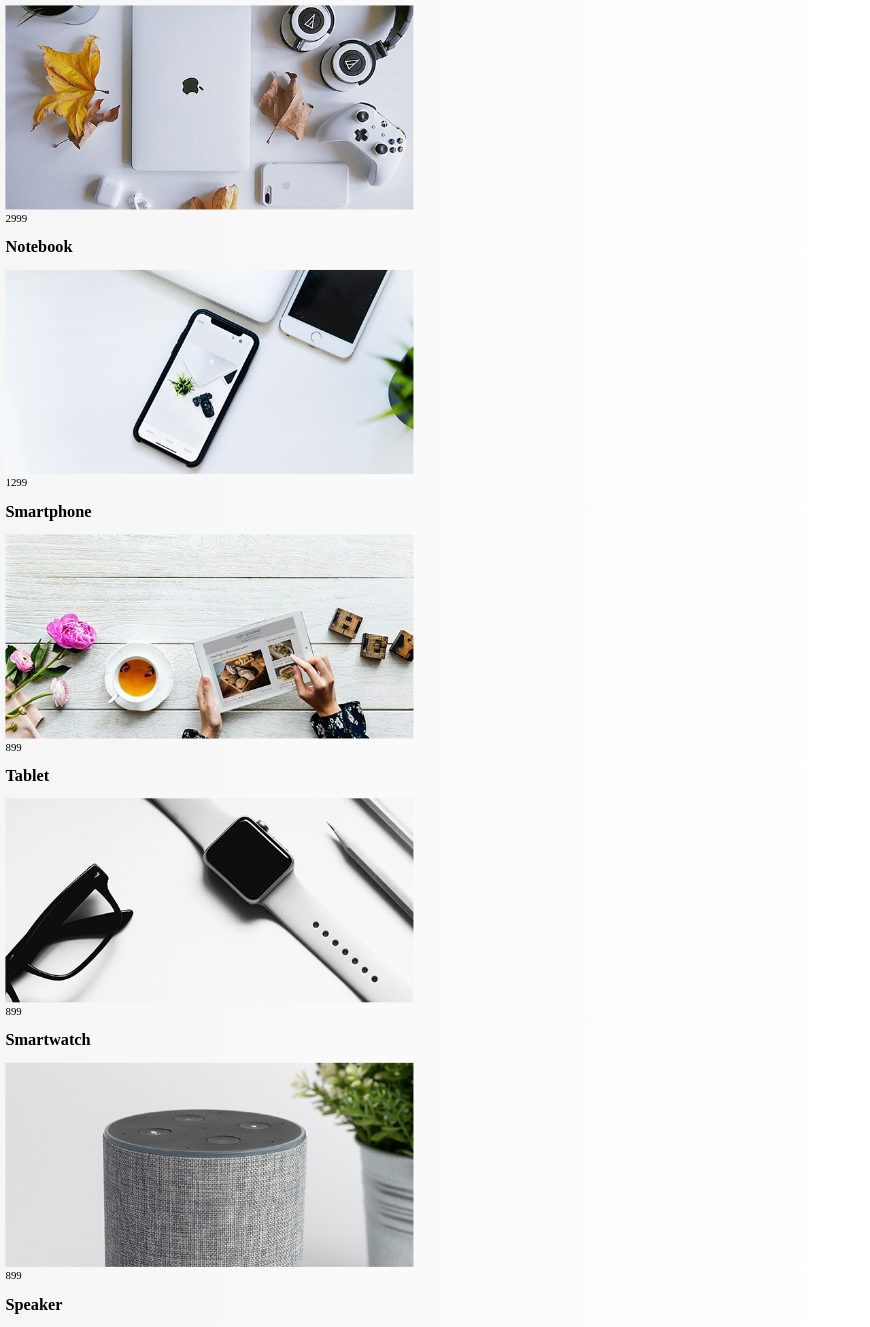
Repository: tomvieir/techno
Page: index.html
An editor plug-in stored every save of this project. The page is shown before and after a run of saves, followed by the edit.
The browser window is 1280 px wide. The pictures show the whole page, at 68% of full size.

Above is the page before, as saved 2022-06-23 15:23:21.

After the next 2 saves:
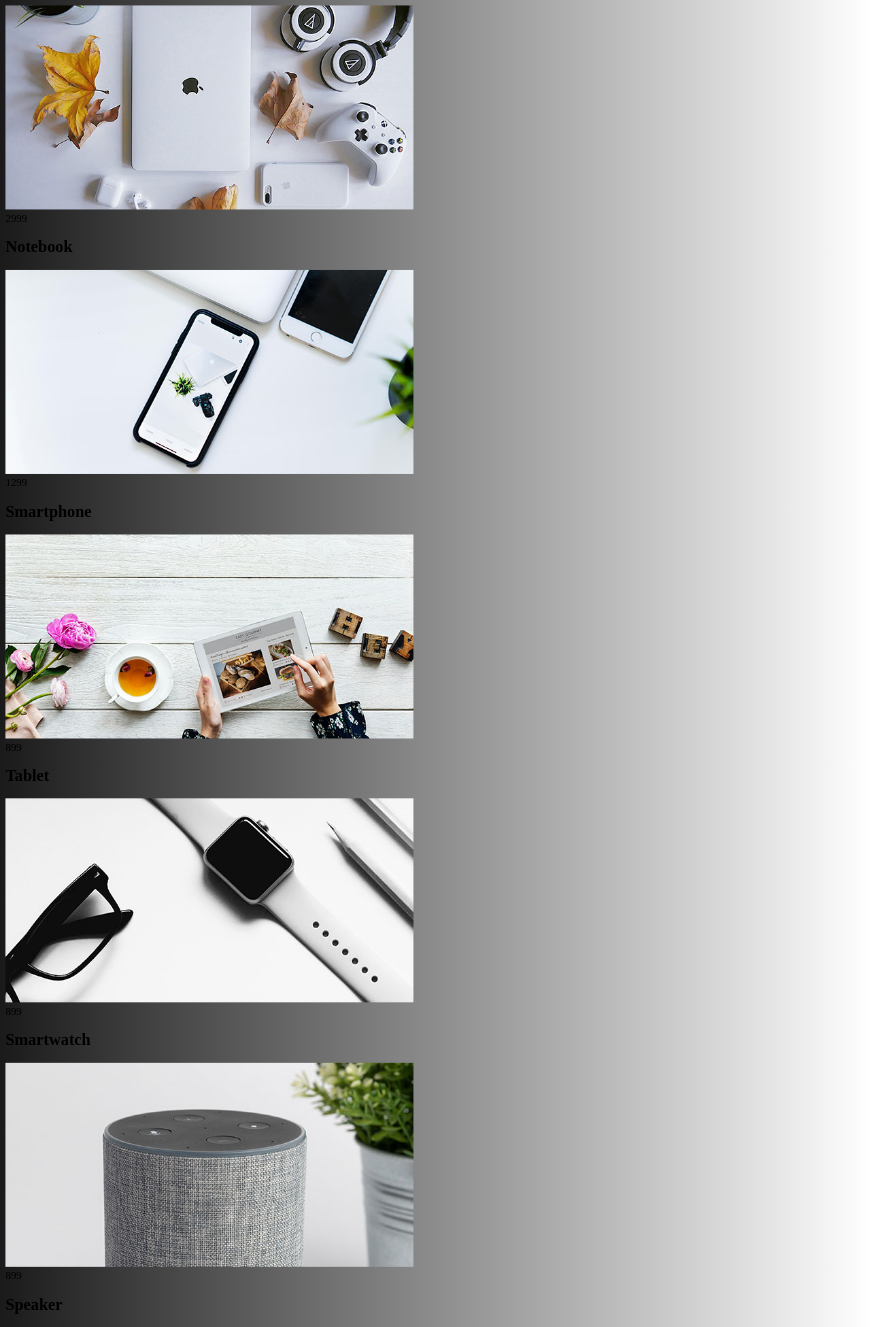
The 2 saves are shown as one change because they came seconds apart.
The last was saved 46 s later.
--- a/style.css
+++ b/style.css
@@ -12,5 +12,5 @@
 }
 
 body {
-    background: linear-gradient(to right, #f6f6f6, #fff);
+    background: linear-gradient(to right, #1a1a1a, #fff);
 }
